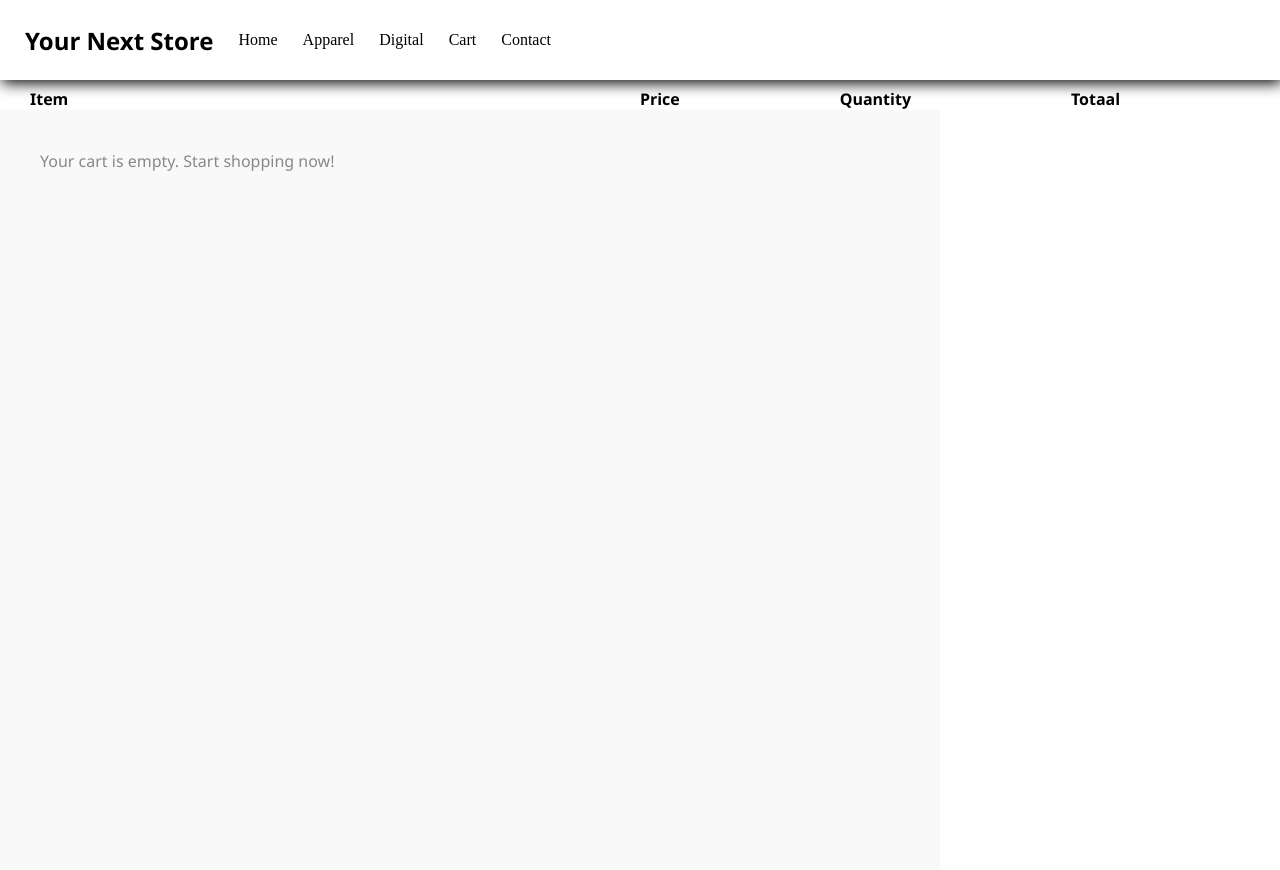
Repository: Sharathguru/React_Project1
Page: /cart
These files come from the project's save history. The page is drawn as it stood at one moment and after the next save; the edit follows.
The browser window is 1280 px wide. The pictures show the whole page.
The project was rebuilt for these pictures with package versions that can differ from the ones it lists, and the page was loaded fresh each time. Also part of the build but not shown: vite.config.js, src/Component/Main/Main1.jsx, src/Component/Main/Cloud.jsx, src/Component/Home.jsx, src/Component/NavbarComponent/Apparel.jsx, src/Component/NavbarComponent/Digital.jsx, src/Component/Contact.jsx, src/Component/Main/Signup.jsx and 3 more.

Above is the page before, as saved 2025-01-17 10:56:25.

### src/main.jsx
import { StrictMode } from 'react'
import { createRoot } from 'react-dom/client'

import App from './App.jsx'


createRoot(document.getElementById('root')).render(

  <App></App>

)

### src/App.jsx
import React, { useState } from 'react';
import { createBrowserRouter, RouterProvider } from 'react-router-dom';
import Home from './Component/Home';
import Apparel from './Component/NavbarComponent/Apparel';
import Digital from './Component/NavbarComponent/Digital';
import Contact from './Component/Contact';
import Signup from './Component/Main/Signup';
import LoginPage from './Component/Main/LoginPage';
import Cart from './Component/NavbarComponent/Cart';

import './App.css';
import Terms from './Component/Main/Terms';

const App = () => {
  const [cartItems, setCartItems] = useState([]);

  const router = createBrowserRouter([
    {
      path: "/",
      element: <Signup />,
      children: [
        {
          path: "/terms",
          element: <Terms />,
        },
      ],
    },
    {
      path: "/login",
      element: <LoginPage />,
    },
    {
      path: "/home",
      element: <Home />,
    },
    {
      path: "/apparel",
      element: <Apparel cartItems={cartItems} setCartItems={setCartItems} />,
    },
    {
      path: "/digital",
      element: <Digital />,
    },
    {
      path: "/cart",
      element: <Cart cartItems={cartItems} setCartItems={setCartItems} />,
    },
    {
      path: "/contact",
      element: <Contact />,
    },
  ]);

  return (
    <div>
      <RouterProvider router={router} />
    </div>
  );
};

export default App;

### src/Component/NavbarComponent/Cart.jsx
import React, { useState } from "react";
import { Link } from "react-router-dom";

const Cart = ({ cartItems, setCartItems }) => {
  const handleRemoveFromCart = (productId) => {
    const updatedCart = cartItems.filter((item) => item.id !== productId);
    setCartItems(updatedCart);
  };

  const handleIncreaseQuantity = (productId) => {
    const updatedCart = cartItems.map((item) =>
      item.id === productId ? { ...item, quantity: item.quantity + 1 } : item
    );
    setCartItems(updatedCart);
  };

  const handleDecreaseQuantity = (productId) => {
    const updatedCart = cartItems.map((item) =>
      item.id === productId && item.quantity > 1
        ? { ...item, quantity: item.quantity - 1 }
        : item
    );
    setCartItems(updatedCart);
  };

  return (
    <div>
      <div id="navbar">
        <nav id="navbar-items">
          <div id="navbar-title">
            <h1>Your Next Store</h1>
          </div>
          <Link className="link" to="/home">
            Home
          </Link>
          <Link className="link" to="/Apparel">
            Apparel
          </Link>
          <Link className="link" to="/digital">
            Digital
          </Link>
          <Link className="link" to="/cart">
            Cart
          </Link>
          <Link className="link" to="/contact">
            Contact
          </Link>
        </nav>
      </div>
      <br />
      <br />
      <br />
      <br />
      <div id="cart-item-navbar">
        <div id="cart-item-1">
          <h4>Item</h4>
        </div>
        <div id="cart-tem-all">
          <h4>Price</h4>
          <h4>Quantity</h4>
          <h4>Totaal</h4>
        </div>
      </div>
      <div id="cart-content">
        {cartItems && cartItems.length > 0 ? (
          cartItems.map((item) => (
            <div key={item.id} className="cart-item">
              <img src={item.img} alt={item.name} className="cart-item-image" />
              <div className="cart-item-details">
                <h2>{item.name}</h2>
                <p>Price: {item.price}</p>
                <div>
                  <input type="button" value="-" />
                  <input type="button" value="Add" />
                </div>
                <button
                  className="remove-button"
                  onClick={() => handleRemoveFromCart(item.id)}
                >
                  Remove
                </button>
              </div>
            </div>
          ))
        ) : (
          <p>Your cart is empty. Start shopping now!</p>
        )}
        {/* <Link to="/Apparel">
          <button className="continue-shopping-button">
            Continue Shopping
          </button>
        </Link> */}
      </div>
    </div>
  );
};

export default Cart;

### src/App.css
* {
  margin: 0;
  padding: 0;
}
body
{
    font-family: 'Segoe UI', Tahoma, Geneva, Verdana, sans-serif;
}
#navbar {
    width: 100vw;
    height: 80px;
    background: white;
    box-shadow: 2px 3px 14px black;
    display: flex;
    align-items: center;
    justify-content: space-between;
    position: fixed; /* Change from static to fixed */
    top: 0; /* Ensure it sticks to the top of the viewport */
    z-index: 1000; /* Add z-index to make sure it appears above other content */

  }

#navbar-title h1
{
/* padding-bottom: 10px; */
font-weight: 700;
}

#navbar-items {

  width: 45%;
  display: flex;
  justify-content: space-evenly;
  align-items: center;
}


.link {
  text-decoration: none;
  color: black;
  font-size: 16px;
  font-family: "Times New Roman", Times, serif;
}

.link:hover {
  background: linear-gradient(45deg, black, rgb(232, 145, 4));
  -webkit-background-clip: text;
  background-clip: text;
  color: transparent;
}

#navbar-search {
    margin-right: 25px;
  flex-grow: 1;
  display: flex;
  justify-content: flex-end;
  padding-right: 10px;
  align-items: center;
}

#navbar-search input {
  width: 180px;
  height: 30px;
  border: 1px solid #ccc;
  border-radius: 4px;
  padding: 0 10px;
  font-size: 14px;
}
#navbar-search input::placeholder
{
font-size: 12px;
}

#navbar-search i,
#navbar-search a {
  padding-left: 10px;
  font-size: 16px;
  color: #888;
  cursor: pointer;
  text-decoration: none;
}

#navbar-search a:hover {
  background: linear-gradient(45deg, black, rgb(232, 145, 4));
  -webkit-background-clip: text;
  background-clip: text;
  color: transparent;
}

#navbar-icon i {
  padding-right: 20px;
  font-size: 20px;
  cursor: pointer;
  display: none;
}

#navbar-icon i:hover {
  background: linear-gradient(45deg, black, rgb(232, 145, 4));
  -webkit-background-clip: text;
  background-clip: text;
  color: transparent;
}
#home-part1 {
    background-color: rgb(247, 244, 244);
    margin: 100px 0 0 40px; /* Add top margin to prevent overlapping */
    width: 94vw;
    height: 480px;
    position: relative; /* Change position to relative to avoid sticky conflicts */
    display: flex;
    justify-content: space-evenly;
    align-items: center;
}

#home-part1 p
{
    padding-top: 10px;
    color: rgb(83, 79, 80);
}
#home-part1 button
{
    margin-top: 15px;
    background: rgb(46, 48, 49);
    border: none;
    border-radius: 20px;
    width: 90px;
    height: 30px;
    color: white;
    font-weight: bold;
    cursor: pointer;
}

#home-part1-img img
{
    width: 300px;
}
#home-part2
{

    display: flex;
    justify-content: space-evenly;
    flex-wrap: wrap;
    row-gap: 70px;

}
#cloud {
    background-color: rgb(222, 219, 219);
    margin: 10px 0 10px 0px;
    width: 25.4%;
    height: 340px;
    position: relative;
    border-radius: 10px;

}
#cloud img
{
    /* margin-left: 20px; */
    position: relative;
    left: -30px;
    bottom: 10px;
    right: 85px;
    width: 395px;
    height: 350px;
}
#cloud img:hover
{
opacity: 0.5;
transform: translateY(-10px);
}
#home-part2 h1
{
    /* padding-left: 35px; */
    font-size: 25px;
}
#cloud p:first-child {
    padding-left: 80px;
    font-size: 20px;
}

#home-part2a
{
    margin: 20px 0 0 0;
    width: 94vw;
    display: flex;
    justify-content: space-around;

}
#cloud1 img
{
    width: 500px;
    border-radius: 10px;
}
#cloud1a img
{
    width: 500px;
    border-radius: 10px;
}
#para p
{
    margin-right: 20px;
}
#cloud1:hover , #cloud1a:hover {
    opacity: 0.7;
}



/* Outer container */
#border-down {
  margin-top: 20px;
  background-color: rgb(240, 240, 240);
  height: 220px;
  position: relative;
  width: 100%;
  display: flex; /* Flexbox for alignment */
  justify-content: space-between; /* Space between left and right sections */
  align-items: center;
  padding: 20px;
  box-sizing: border-box;
}

/* Left Section */
#details-product-left {
  display: flex;
  flex-direction: column;
  justify-content: center;
  align-items: flex-start;
}

#details-product-left h1 {
  font-size: 18px;
  margin-bottom: 10px;
}

#details-product-left input {
  padding: 8px;
  border: 1px solid #ccc;
  border-radius: 4px;
  margin-right: 10px;
}

#details-product-left button {
  background-color: #1a202c;
  color: #fff;
  border: none;
  padding: 8px 16px;
  border-radius: 4px;
  cursor: pointer;
}

/* Right Section */
#details-product-right {
  display: flex;
  justify-content: space-between;
  align-items: flex-start;
  gap: 50px; /* Space between Products and Support */
}

#details-Product,
#details-Product1 {
  text-align: left;
}

#details-Product h4,
#details-Product1 h4 {
  font-size: 16px;
  margin-bottom: 10px;
}

#details-Product a,
#details-Product1 a {
  text-decoration: none;
  color: #333;
  font-size: 14px;
}

#details-Product a:hover,
#details-Product1 a:hover {
  text-decoration: underline;
}

/* Outer container */
#border-down {
  margin-top: 20px;
  background-color: rgb(240, 240, 240);
  height: 250px;
  position: relative;
  width: 100%;
  display: flex;
  justify-content: space-between;
  align-items: center;
  padding: 20px;
  box-sizing: border-box;
}

/* Left Section */
#details-product-left {
  display: flex;
  flex-direction: column;
  justify-content: flex-start;
  align-items: flex-start;
  gap: 10px;
}

#details-product-left h1 {
  font-size: 18px;
  margin-bottom: 5px;
}

#details-product-left input {
  padding: 8px;
  border: 1px solid #ccc;
  border-radius: 4px;
  margin-right: 10px;
  width: 250px;
}

#details-product-left button {
  background-color: #1a202c;
  color: #fff;
  border: none;
  padding: 8px 16px;
  border-radius: 10px;
  cursor: pointer;
  margin-top: 10px;
}

/* Right Section */
#details-product-right {
  display: flex;
  justify-content: flex-end;
  align-items: flex-start;
  gap: 50px;
}

#details-Product,
#details-Product1 {
  text-align: left;
}

#details-Product h4,
#details-Product1 h4 {
  font-size: 16px;
  margin-bottom: 10px;
}

#details-Product a,
#details-Product1 a {
  text-decoration: none;
  color: #333;
  font-size: 14px;
}

#details-Product a:hover,
#details-Product1 a:hover {
  text-decoration: underline;
}

/* Footer Section */
#footer {
  /* text-align: center; */
  padding: 15px 0;
  font-size: 14px;
  color: #555;
  background-color: rgb(240, 240, 240);
  border-top: 1px solid #ddd;
}

#footer p {
  margin: 5px 0;
}
#Apparel-heading
{
  padding-top: 10px;
  padding-left: 30px;
}
#Apparel-heading h3
{
font-size: 1.5rem;
}
#Apparel-heading p
{
color: #888;
}

#Apparel-detail {
  margin-top: 20px;
  display: flex;
  justify-content: space-evenly;
  flex-wrap: wrap; /* Ensure items wrap on smaller screens */
  /* gap: 10px;  */
  column-gap: 10px;
  row-gap: 120px;
  width: 100%; /* Ensure container fits within the viewport */
}

.Apparel-items-box {
  margin: 0; /* Remove extra margin */
  border-radius: 10px;
  /* background-color: #9e2626; */
  width: 25%; /* Adjust as needed for layout */
  height: 340px;
  box-sizing: border-box;

}

.Apparel-item-all img {
  width: 315px; /* Scale image to fit its container */
  height: 339px; /* Ensure image stretches to container height */
 border-radius: 20px;
}

.Apparel-item-all img:hover
{
opacity: 0.5;
transform: translateY(-5px);
cursor: pointer;
}

.Apparel-item-all h1
{
 margin: 40px  0 0 0;
font-size: 1.3rem;
text-align: center;
}
.Apparel-item-all p
{
text-align: center;
}

/* Target the 10th Apparel-items-box */
.Apparel-items-box:nth-child(10) {
 margin-right: 63%;
}
#Digital-title h2,p
{
  padding-left: 20px;
}
#Digital-title p
{
color: #888;
}
#Digital-item
{
  display: flex;
  flex-wrap: wrap;
  justify-content: space-evenly;
}

.Digital-item-all
{
  margin: 30px 0 0 30px;

}
.Digital-item-all img
{
  border-radius: 10px;
  width: 370px;
  transform: translateY(-10px);
}
/* General Contact Form Styling */
#contact {
  margin: 40px auto;
  padding: 20px;
  max-width: 600px;
  border: 1px solid #ddd;
  border-radius: 8px;
  background-color: #f9f9f9;
}

#contact-item {
  text-align: center;
}

#contact-item h3 {
  font-size: 24px;
  color: #333;
  margin-bottom: 20px;
}

/* Contact Form Container */
#contact-item-all {
  display: flex;
  flex-direction: column;
  gap: 15px;
}

/* Input and Textarea Styling */
.item-all-contact label {
  font-size: 16px;
  color: #333;
  margin-bottom: 8px;
  text-align: left;
  display: block;
}

.item-all-contact input,
.item-all-contact textarea {
  padding: 10px;
  font-size: 16px;
  width: 100%;
  border: 1px solid #ccc;
  border-radius: 4px;
  margin-bottom: 10px;
  box-sizing: border-box;
}

.item-all-contact input:focus,
.item-all-contact textarea:focus {
  border-color: #6c757d;
  outline: none;
}

/* Button Styling */
button[type="submit"] {
  width: 200px;
  padding: 12px 20px;
  margin-left: 200px;
  font-size: 16px;
  color: #fff;
  background-color: #383534;
  border: none;
  border-radius: 10px;
  cursor: pointer;
  transition: background-color 0.3s ease;
}

button[type="submit"]:hover {
  background-color: #0056b3;
}

.buy-now-button {
  background-color: #ff5722;
  color: white;
  border: none;
  padding: 10px 15px;
  border-radius: 5px;
  font-size: 14px;
  cursor: pointer;
  transition: background-color 0.3s ease, transform 0.2s ease;
}

.buy-now-button:hover {
  background-color: #e64a19;
  transform: scale(1.05);
}

.buy-now-button:active {
  background-color: #d84315;
  transform: scale(1);
}

#already-login
{
 padding: 5px 0 0 60px;
  font-size: 0.43rem;
}
.Login-signup
{
  padding-left: 5px;
  text-decoration: none;
}

#Subscribe-group
{
  position: relative;
  top: 100px;
}


/* Cart Container */
#cart-content {
  padding: 20px;
  background-color: #f9f9f9;
  min-height: 100vh;
  display: flex;
  width: 900px;

}

#cart-content h1 {
  text-align: center;
  font-size: 2rem;
  color: #333;
  margin-bottom: 20px;
}

.cart-item {
  display: flex;
  align-items: center;
  justify-content: space-between;
  background-color: #fff;
  padding: 20px;
  border-radius: 8px;
  margin-bottom: 15px;
  box-shadow: 0 2px 4px rgba(0, 0, 0, 0.1);
}

.cart-item img {
  width: 100px;
  height: 100px;
  /* object-fit: cover; */
  border-radius: 8px;
}

.cart-item-details {
  flex-grow: 1;
  margin-left: 20px;
}

.cart-item-details h2 {
  font-size: 1.2rem;
  color: #333;
}

.cart-item-details p {
  padding-right: 100px;
  font-size: 1rem;
  color: #555;
}

.remove-button {
  background-color: #ff4d4d;
  color: white;
  border: none;
  padding: 10px 15px;
  cursor: pointer;
  border-radius: 4px;
  transition: background-color 0.3s ease;
}

.remove-button:hover {
  background-color: #e60000;
}

.continue-shopping-button {
  background-color: #007bff;
  color: white;
  padding: 10px 15px;
  text-decoration: none;
  border-radius: 4px;
  font-size: 1rem;
  margin-top: 20px;
  display: inline-block;
  text-align: center;
}

.continue-shopping-button:hover {
  background-color: #0056b3;
}

/* Empty Cart Message */
#cart-content p {
  text-align: center;
  font-size: 1rem;
  color: #888;
  margin-top: 20px;
}
#cart-item-navbar
{
  display: flex;
  justify-content: space-between;
}
#cart-item-navbar>div:nth-child(1)
{
padding-left: 30px;
}
#cart-tem-all
{
  width: 800px;
  display: flex;
  justify-content: space-evenly;
}










/* Mobile view adjustments */
@media screen and (max-width: 500px) {
  #navbar-items {
    display: none; /* Hide the navbar items */
  }

  #navbar-search {
    display: none; /* Hide the search bar */
  }

  #navbar-icon i {
    display: block; /* Show the icon */
  }
}
@media (max-width: 768px) {
  #contact {
    padding: 15px;
  }

  #contact-item-all {
    gap: 10px;
  }

  button[type="submit"] {
    font-size: 14px;
    padding: 10px 16px;
  }
}

### src/Component/Main/Signup.css
* {
    padding: 0;
    margin: 0;
  }

  #signup-heading {
    width: 100vw;
    height: 100vh;
    border-radius: 20px;
    position: relative;
    display: flex;
    justify-content: space-evenly;
    align-items: center;
    background: linear-gradient(190deg, rgb(243, 235, 235), rgb(237, 147, 147));
    animation: fadeIn 1.5s ease-in-out;
  }
  #signup-details h1
  {
    margin-bottom: 20px;
    text-align: center;

  }
  .signup-group {
    position: relative;
    margin-bottom: 20px;
    animation: slideIn 1.2s ease-in-out;
    margin-left: 30px;
  }

  .signup-group i {
    margin-left: 10px;
    position: absolute;
    transform: translateY(70%);
    color: #555;
    transition: color 0.3s ease;
  }

  .signup-group input[type="text"],
  .signup-group input[type="email"],
  .signup-group input[type="password"] {
    width: 300px;
    padding: 10px 40px;
    border: 1px solid #ddd;
    border-radius: 5px;
    font-size: 16px;
    color: #555;
    outline: none;
    transition: all 0.3s ease;
    box-sizing: border-box;
  }

  .signup-group input[type="text"]:focus,
  .signup-group input[type="email"]:focus,
  .signup-group input[type="password"]:focus {
    border-color: #007bff;
    box-shadow: 0 0 5px rgba(0, 123, 255, 0.5);
  }

  .signup-group input[type="text"]:hover,
  .signup-group input[type="email"]:hover,
  .signup-group input[type="password"]:hover {
    background-color: #f9f9f9;
  }

  .signup-group input[type="text"]:focus + i,
  .signup-group input[type="email"]:focus + i,
  .signup-group input[type="password"]:focus + i {
    color: #007bff;
  }

  #signup-heading img {
    width: 400px;
    border-radius: 20px;
    animation: bounceIn 2s ease-in-out;
  }

  input[type="checkbox"] {

    cursor: pointer;

    margin: 25px 10px 0 0 ;

  }

  input[type="submit"] {
    width: 300px;
    padding: 10px;
    background: #007bff;
    color: #fff;
    border: none;
    border-radius: 5px;
    font-size: 16px;
    cursor: pointer;
    transition: background 0.3s ease;
    animation: zoomIn 1s ease-in-out;
    margin-left: 27px;
  }

  input[type="submit"]:hover {
    background: #0056b3;
  }

  span {
    font-size: 14px;
    color: #555;
  }
#checkbox:hover + span
  {
    font-size: 14px;
    color: black;
  }


  /* Animations */

  @keyframes fadeIn {
    from {
      opacity: 0;
      transform: translateY(-20px);
    }
    to {
      opacity: 1;
      transform: translateY(0);
    }
  }

  @keyframes slideIn {
    from {
      opacity: 0;
      transform: translateX(-20px);
    }
    to {
      opacity: 1;
      transform: translateX(0);
    }
  }

  @keyframes bounceIn {
    10% {
      opacity: 0;
      transform: scale(0.5);
    }
    10% {
      opacity: 1;
      transform: scale(1.2);
    }
    100% {
      transform: scale(1);
    }
  }

  @keyframes zoomIn {
    from {
      transform: scale(0.8);
      opacity: 0;
    }
    to {
      transform: scale(1);
      opacity: 1;
    }
  }

Loaded but not shown: index.html (common file)

After the next save:
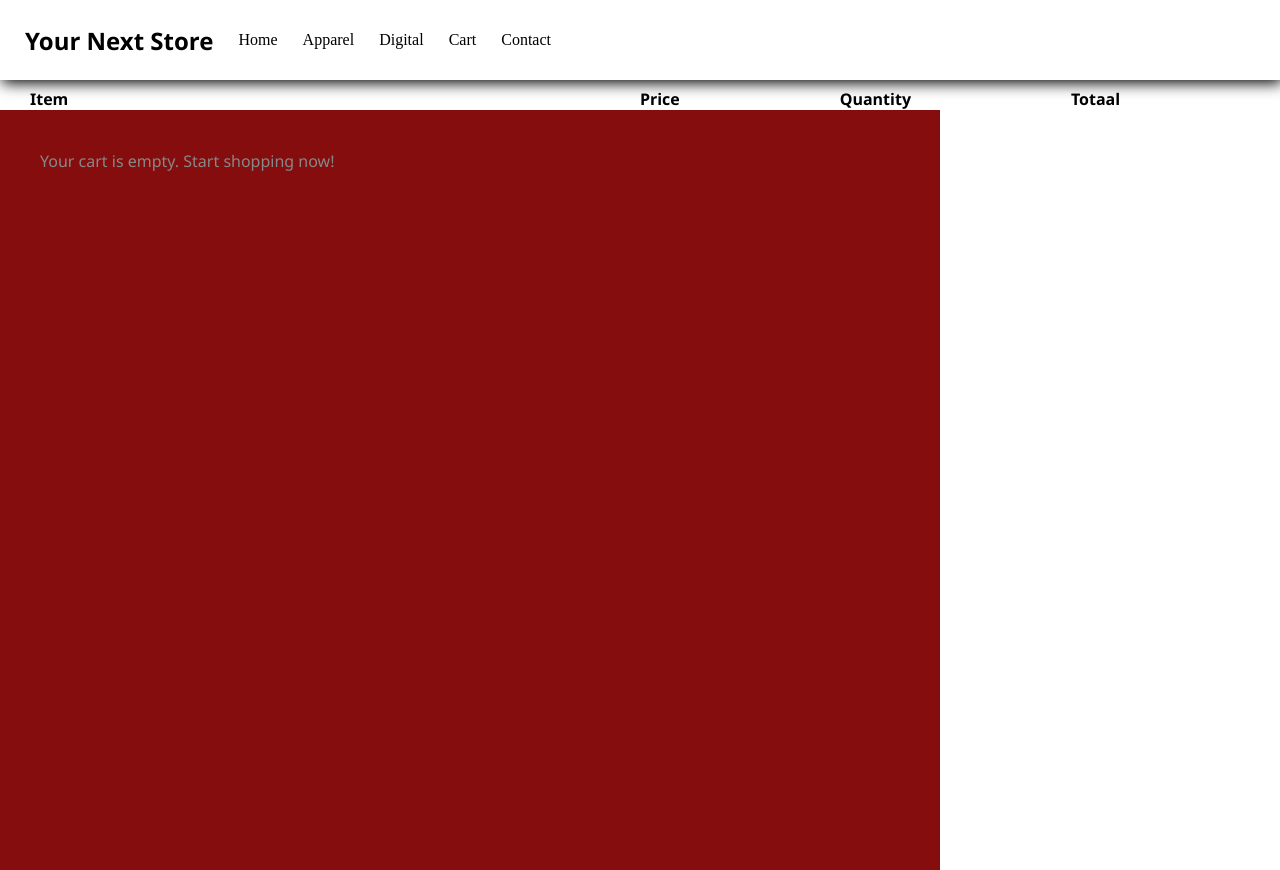
Saved 8 s later.
--- a/src/App.css
+++ b/src/App.css
@@ -570,7 +570,7 @@ button[type="submit"]:hover {
 /* Cart Container */
 #cart-content {
   padding: 20px;
-  background-color: #f9f9f9;
+  background-color: #850d0d;
   min-height: 100vh;
   display: flex;
   width: 900px;
